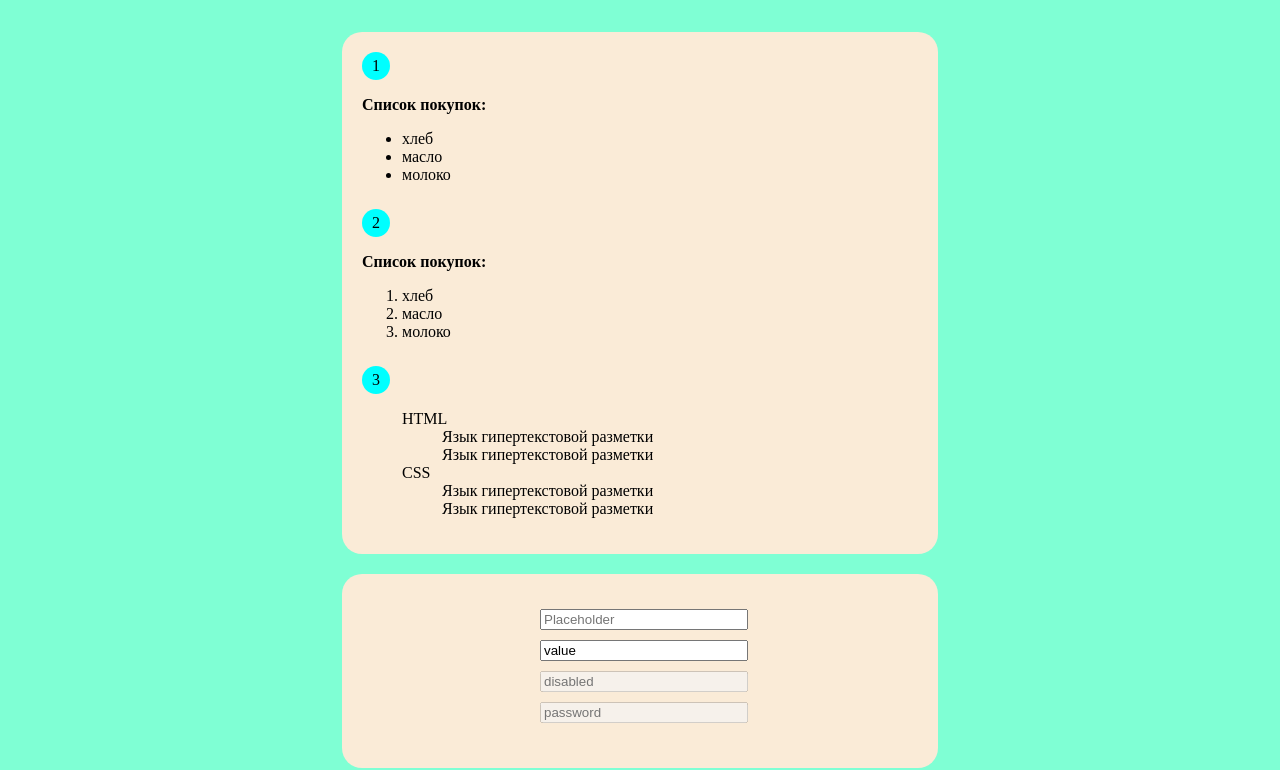
Repository: Savich01/-
Page: html/index.html
The author's editor kept a copy of each file at every save. The page is drawn from the files as they stood at one save, then again after the next save.
The browser window is 1280 px wide. The pictures show the whole page.

Above is the page before, as saved 2024-05-31 15:16:21.

### html/index.html
<!DOCTYPE html>
<html lang="en">
<head>
    <meta charset="UTF-8">
    <meta name="viewport" content="width=device-width, initial-scale=1.0">
    <title>Document</title>
    <link rel="stylesheet" href="/css/style.css">
</head>
<body>

    <header class="header">

    </header>
    <main class="main">
        <div class="container">
            <section class="section-1">
                <div class="block">1</div>
                <p class="text">
                    <b>Список покупок:</b>
                </p>
                <ul class="list">
                    <li>хлеб</li>
                    <li>масло</li>
                    <li>молоко</li>
                </ul>

                <div class="block">2</div>
                <p class="text">
                    <b>Список покупок:</b>
                </p>
                <ol class="list">
                    <li>хлеб</li>
                    <li>масло</li>
                    <li>молоко</li>
                </ol>

                <div class="block">3</div>
                <ul class="main-list--item">
                    <li>HTML
                        <ul>
                            <li class="main-link">Язык гипертекстовой разметки</li>
                            <li class="main-link">Язык гипертекстовой разметки</li>
                        </ul>
                    </li>
                    <li>CSS
                        <ul>
                            <li class="main-link">Язык гипертекстовой разметки</li>
                            <li class="main-link">Язык гипертекстовой разметки</li>
                        </ul>
                    </li>
                </ul>
            </section>

            <section class="section-2">
                <form action="#" class="form">
                    <input class="input" type="text" placeholder="Placeholder">
                    <input class="input" type="text" value="value">
                    <input class="input" type="text" disabled="disabled" placeholder="disabled">
                    <input class="input" type="password" disabled="disabled" placeholder="password">
                </form>
            </section>
        </div>
    </main>
    <footer class="footer">

    </footer>

</body>
</html>

### css/style.css
body{
    max-width: 600px;
    height: 100%;
    margin: 0 auto;
    background-color: aquamarine;
    padding: 0px 10px;
}

.container{
    padding: 2px;
    margin-top: 30px;
}
/* ==========SECTION-1========================== */
.section-1{
    padding: 20px;
    background-color: antiquewhite;
    border-radius: 20px;
    margin-bottom: 20px;
}

.block{
    background-color:aqua;
    display: inline-block;
    padding: 5px 10px;
    border-radius: 100%;
}

.list{
    margin-bottom: 25px;
}
.main-list--item{
    list-style: none;
    /* text-decoration: none; */
}

.main-link{
    list-style: none;
}

/* ==========SECTION-2========================== */

.section-2{
    background-color: antiquewhite;
    border-radius: 20px;
    padding: 20px;
}

.form{
    margin: 0 auto;
    max-width: 200px;
    padding: 15px;
}
.input{
    margin: 0 auto;
    width: 100%;
    margin-bottom: 10px;
}

After the next save:
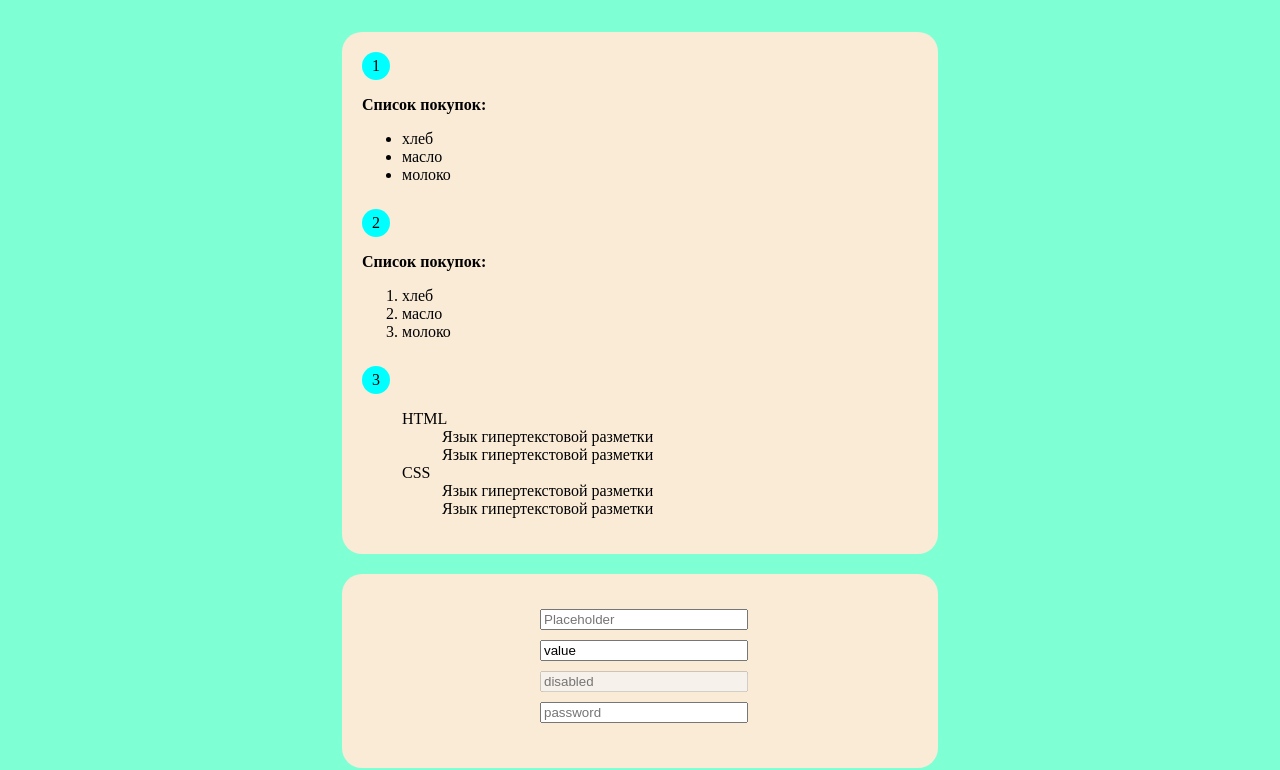
Saved 8 s later.
--- a/html/index.html
+++ b/html/index.html
@@ -56,7 +56,7 @@
                     <input class="input" type="text" placeholder="Placeholder">
                     <input class="input" type="text" value="value">
                     <input class="input" type="text" disabled="disabled" placeholder="disabled">
-                    <input class="input" type="password" disabled="disabled" placeholder="password">
+                    <input class="input" type="password" placeholder="password">
                 </form>
             </section>
         </div>
